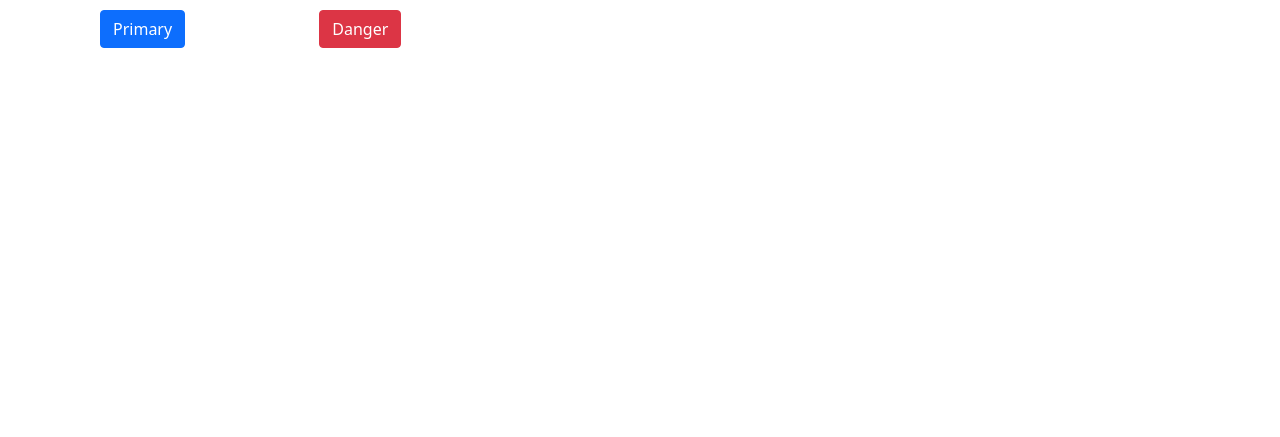
Repository: RyuGeunHwan/code_J
Page: test.html
The author's editor kept a copy of each file at every save. The page is drawn from the files as they stood at one save, then again after the next save.
The browser window is 1280 px wide. The pictures show the whole page.

Above is the page before, as saved 2022-08-29 15:54:37.

### test.html
<!DOCTYPE html>
<html lang="en">
<head>
    <meta charset="UTF-8">
    <meta http-equiv="X-UA-Compatible" content="IE=edge">
    <meta name="viewport" content="width=device-width, initial-scale=1.0">
    <title>Document</title>
    <link href="https://cdn.jsdelivr.net/npm/bootstrap@5.1.3/dist/css/bootstrap.min.css" rel="stylesheet" integrity="sha384-1BmE4kWBq78iYhFldvKuhfTAU6auU8tT94WrHftjDbrCEXSU1oBoqyl2QvZ6jIW3" crossorigin="anonymous">
    <link rel="stylesheet" href="style.css">
</head>
<body>
    <button type="button" class="btn btn-primary">Primary</button>
    <button type="button" class="btn btn-danger">Danger</button>



    <script src="https://cdn.jsdelivr.net/npm/bootstrap@5.1.3/dist/js/bootstrap.bundle.min.js" integrity="sha384-ka7Sk0Gln4gmtz2MlQnikT1wXgYsOg+OMhuP+IlRH9sENBO0LRn5q+8nbTov4+1p" crossorigin="anonymous"></script>
</body>
</html>

### style.css
.btn{
/* margin : top right bottom left */
/* padding : top right bottom left */
    margin: 10px 30px 50px 100px ;

}

After the next save:
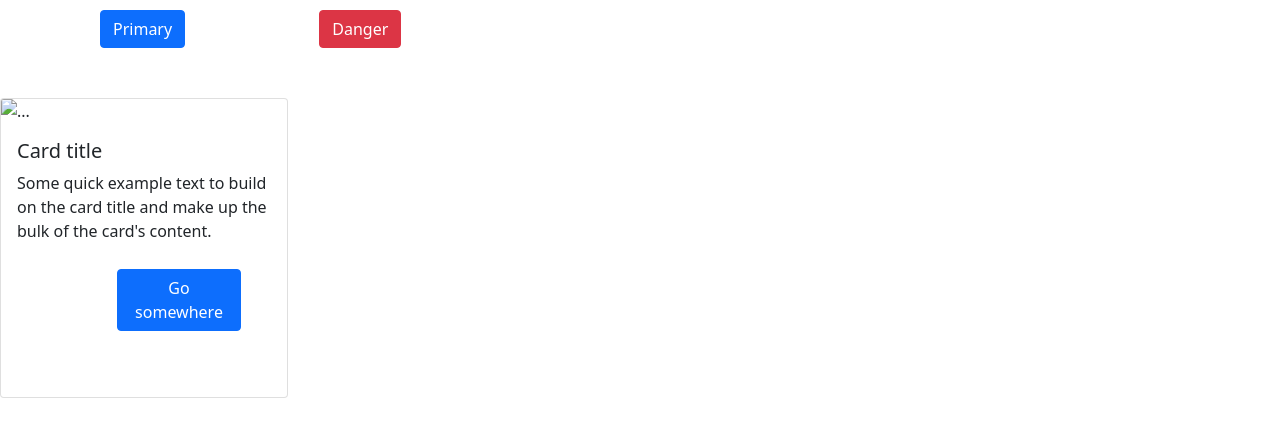
Not found: image.png
Saved 52 s later.
--- a/test.html
+++ b/test.html
@@ -9,9 +9,19 @@
     <link rel="stylesheet" href="style.css">
 </head>
 <body>
+<div class="containal">
     <button type="button" class="btn btn-primary">Primary</button>
     <button type="button" class="btn btn-danger">Danger</button>
 
+    <div class="card" style="width: 18rem;">
+      <img src="image.png" class="card-img-top" alt="...">
+      <div class="card-body">
+        <h5 class="card-title">Card title</h5>
+        <p class="card-text">Some quick example text to build on the card title and make up the bulk of the card's content.</p>
+        <a href="#" class="btn btn-primary">Go somewhere</a>
+      </div>
+    </div>
+</div>
 
 
     <script src="https://cdn.jsdelivr.net/npm/bootstrap@5.1.3/dist/js/bootstrap.bundle.min.js" integrity="sha384-ka7Sk0Gln4gmtz2MlQnikT1wXgYsOg+OMhuP+IlRH9sENBO0LRn5q+8nbTov4+1p" crossorigin="anonymous"></script>
